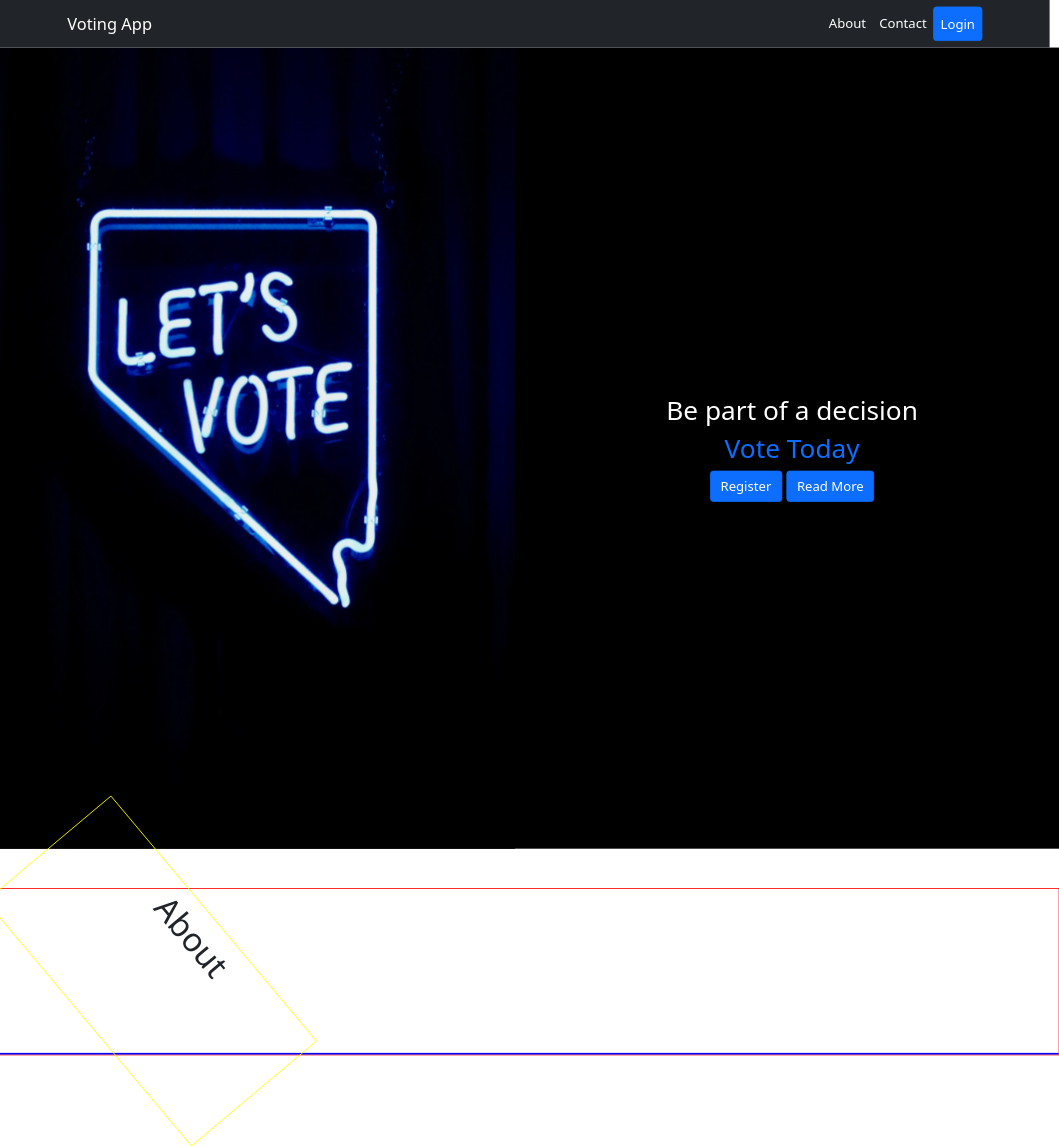
Repository: DavidManiIbrahim/Voting-app
Page: index.html
An editor plug-in stored every save of this project. The page is shown before and after the next save, followed by the edit.
The browser window is 1280 px wide. The page is 1292 px wide, so the pictures cover 1292 px, including what lies to the right of the window. The pictures show the whole page, at 82% of full size.

Above is the page before, as saved 2025-01-18 04:39:52.

### index.html
<!DOCTYPE html>
<html lang="en">
<head>
    <meta charset="UTF-8">
    <meta name="viewport" content="width=device-width, initial-scale=1.0">
    <title>Voting app</title>
    <link rel="stylesheet" href="./bootstrap.css">
    <link rel="stylesheet" href="./styles.css">
</head>
<body>

<!-- NavBar -->

    <nav class="navbar navbar-expand-lg bg-dark text-white ">
        <div class="container">
            <a href="#" class="navbar-brand text-white ">Voting App</a>


            <button class="navbar-toggler" data-bs-target="#navmenu" data-bs-toggle="collapse">
                <span class="navbar-toggler-icon bg-primary"></span>
            </button>
            <div class="collapse navbar-collapse " id="navmenu">
                <ul class="navbar-nav ms-auto text-center">
                    <li class="nav-link text-white">About</li>
                    <li class="nav-link text-white">Contact</li>
                    <a class="nav-link btn btn-primary text-white">Login</a>
                </ul>
            </div>
</div>
    </nav>

<!-- Hero Section -->

<div class="row h-100 curtain">
    <div class="col-md ">
        <img src="./unsplash_LA1VawaCjjI.svg" class="img-fluid" alt="" class="img-fluid">
    </div>
    <div class="col-md m-auto" >
        <div class="container-fluid text-center lead m-auto text-white" id="content">
            <h2>Be part of a decision</h2>
            <h2 class="text-primary">Vote Today</h2>
            <div class="">
                <button class="btn btn-primary">Register</button>
                <button class="btn btn-primary">Read More</button>
            </div>
        </div>
    </div>
</div>

<!-- About Section -->

<div class="row mt-5 about">
    <div class=" text-center box">
        <!-- <div class="box"> -->
            <h1 class="rotate">About</h1>
        <!-- </div> -->
    </div>
    <div class=" text ">
        <!-- <p class="lead wrap">An Online voting system that will replace the old balot
        paper system. Over the time we have utilized the required
        technology in every sector to improve efficiency and save the
           extra resources. But the votig systemis still very
           expensive and requires bigger workforce. The system is slower
           and still not completely tamper proof. We bring the system that
           is safe, reliable and solve the modern issues like higher
           reachability of the booth, the crowd free voting, inexpensive,
           faster results and others.
        </p> -->
        <!-- <p class="wrap">Lorem ipsum dolor sit amet consectetur adipisicing elit. Doloribus asperiores quaerat quam blanditiis et error quia dolore temporibus accusantium adipisci deleniti, corrupti distinctio sapiente explicabo tempora atque perspiciatis obcaecati molestiae?</p> -->
        <!-- <p class="wrap">Lorem ipsum dolor sit amet consectetur adipisicing elit. Doloribus asperiores quaerat quam blanditiis et error quia dolore temporibus accusantium adipisci deleniti, corrupti distinctio sapiente explicabo tempora atque perspiciatis obcaecati molestiae?</p> -->
        <!-- <p class="wrap">Lorem ipsum dolor sit amet consectetur adipisicing elit. Doloribus asperiores quaerat quam blanditiis et error quia dolore temporibus accusantium adipisci deleniti, corrupti distinctio sapiente explicabo tempora atque perspiciatis obcaecati molestiae?</p> -->
        <!-- <p class="wrap">Lorem ipsum dolor sit amet consectetur adipisicing elit. Doloribus asperiores quaerat quam blanditiis et error quia dolore temporibus accusantium adipisci deleniti, corrupti distinctio sapiente explicabo tempora atque perspiciatis obcaecati molestiae?</p> -->
    </div>
</div>
<!--  -->





    <script src="./bootstrap.min.js"></script>
</body>
</html>

### styles.css
.lead,#content{
    /* height:50vh; */
    /* border:1px solid; */
    padding: 50px;
}

.curtain{
    background-color: #000;
}

.rotate{
    margin: 10px auto;
}

.about{
    border:1px solid red;
    position:relative;
}

.box{
    width:30%;
    rotate:50deg;
    border:1px solid yellow;
    height:200px;
}

.wrap{
    width:80vw;
    padding: 40px;
    /* border:1px solid; */
}

.text{
    border:1px solid blue;
}

Loaded but not shown: bootstrap.css (library); bootstrap.min.js (library)

After the next save:
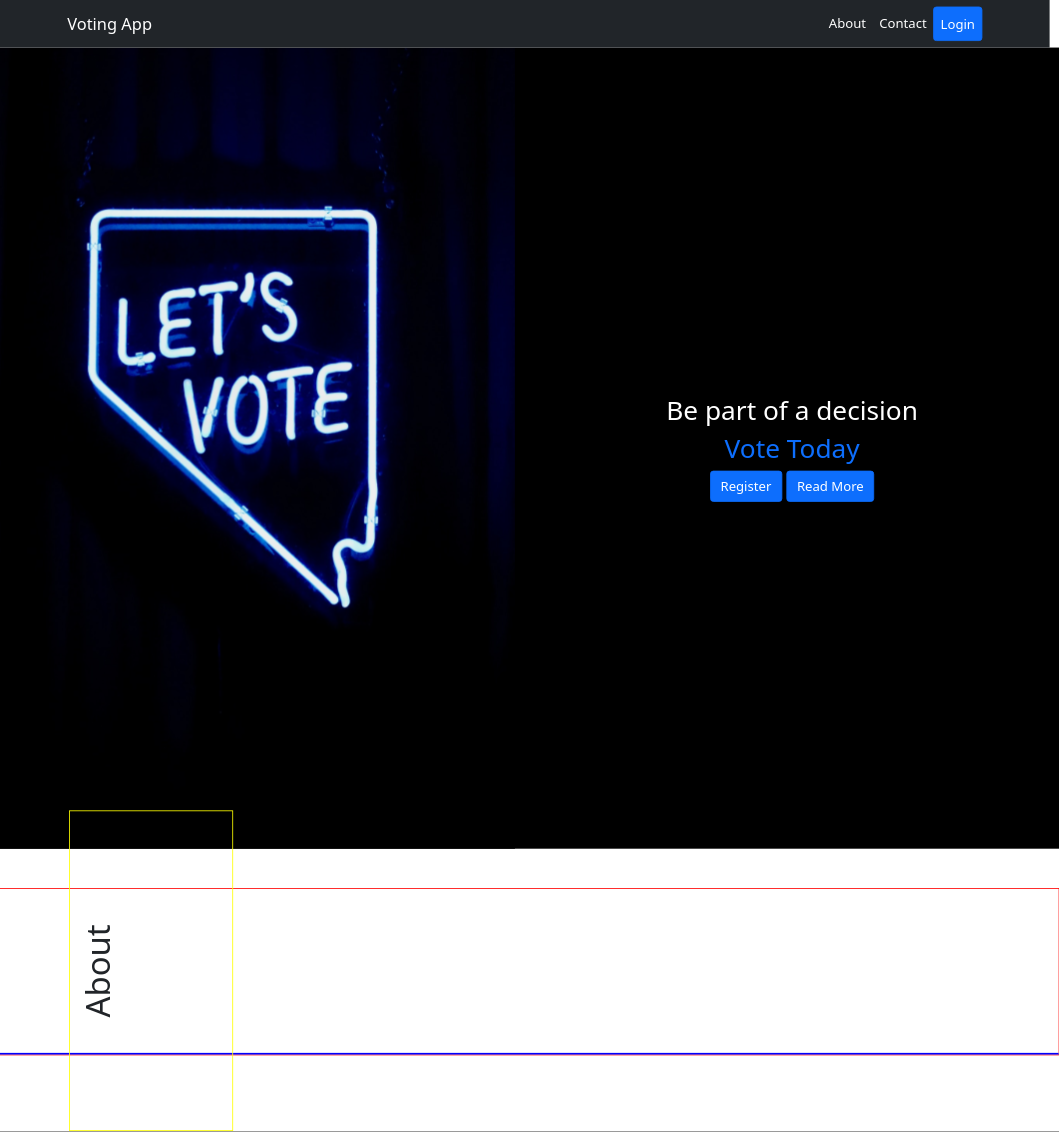
Saved 14 s later.
--- a/styles.css
+++ b/styles.css
@@ -19,7 +19,7 @@
 
 .box{
     width:30%;
-    rotate:50deg;
+    rotate:270deg;
     border:1px solid yellow;
     height:200px;
 }
